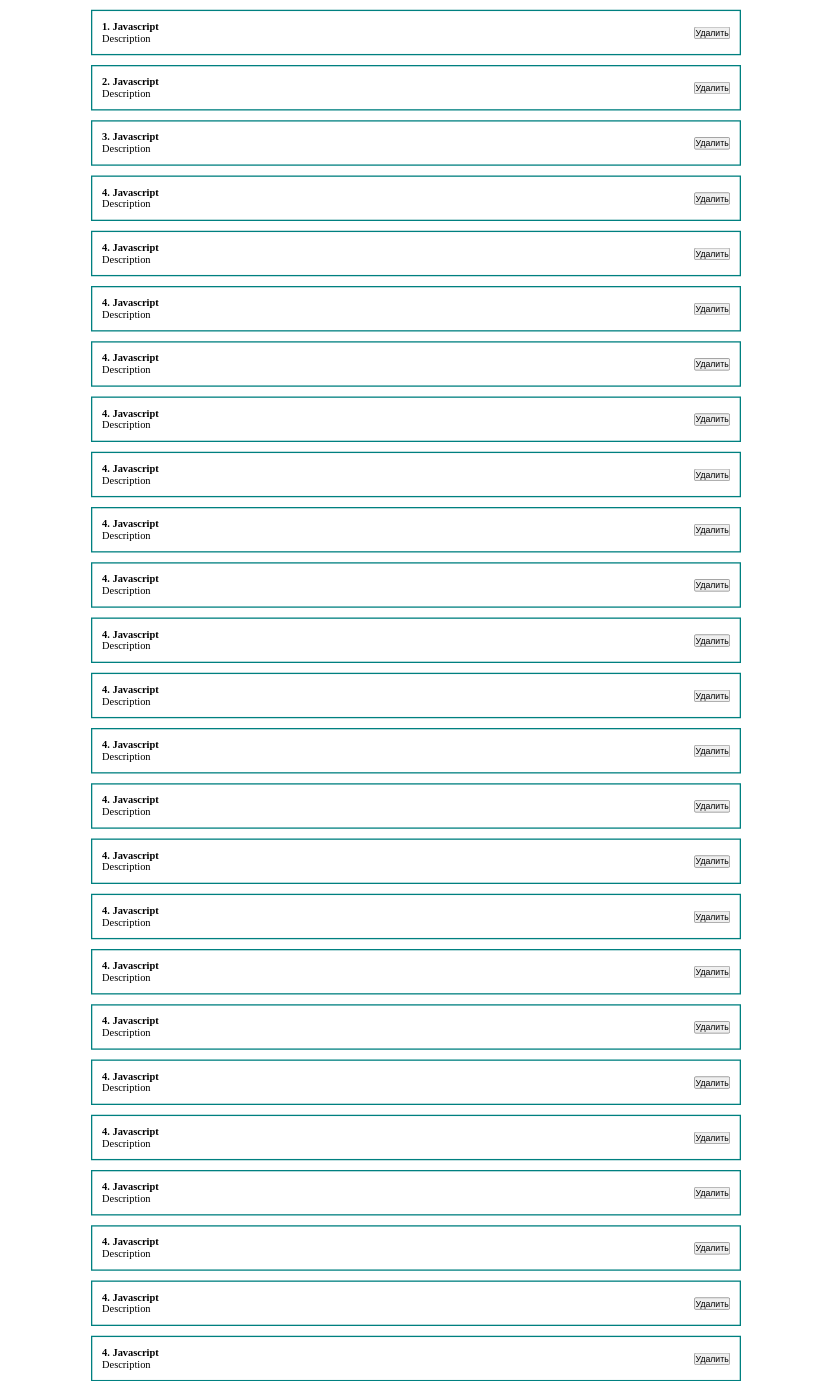
Repository: otvertka/ulb
Page: /
These files come from the project's save history. The page is drawn as it stood at one moment and after the next save; the edit follows.
The browser window is 1280 px wide. The pictures show the whole page, at 65% of full size.
The project was rebuilt for these pictures with package versions that can differ from the ones it lists, and the page was loaded fresh each time. Also part of the build but not shown: src/components/Counter.jsx, src/components/ClassCounter.jsx.

Above is the page before, as saved 2023-06-10 12:14:32.

After the next save:
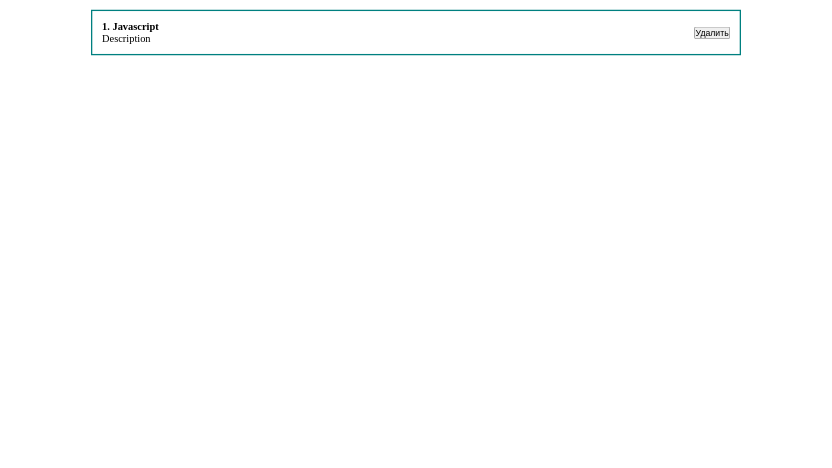
Saved 19 min 6 s later.
--- a/src/App.js
+++ b/src/App.js
@@ -11,30 +11,6 @@ function App() {
   return (
     <div className="App">
       <PostItem post={{ id: 1, title: "Javascript", body: "Description" }} />
-      <PostItem post={{ id: 2, title: "Javascript", body: "Description" }} />
-      <PostItem post={{ id: 3, title: "Javascript", body: "Description" }} />
-      <PostItem post={{ id: 4, title: "Javascript", body: "Description" }} />
-      <PostItem post={{ id: 4, title: "Javascript", body: "Description" }} />
-      <PostItem post={{ id: 4, title: "Javascript", body: "Description" }} />
-      <PostItem post={{ id: 4, title: "Javascript", body: "Description" }} />
-      <PostItem post={{ id: 4, title: "Javascript", body: "Description" }} />
-      <PostItem post={{ id: 4, title: "Javascript", body: "Description" }} />
-      <PostItem post={{ id: 4, title: "Javascript", body: "Description" }} />
-      <PostItem post={{ id: 4, title: "Javascript", body: "Description" }} />
-      <PostItem post={{ id: 4, title: "Javascript", body: "Description" }} />
-      <PostItem post={{ id: 4, title: "Javascript", body: "Description" }} />
-      <PostItem post={{ id: 4, title: "Javascript", body: "Description" }} />
-      <PostItem post={{ id: 4, title: "Javascript", body: "Description" }} />
-      <PostItem post={{ id: 4, title: "Javascript", body: "Description" }} />
-      <PostItem post={{ id: 4, title: "Javascript", body: "Description" }} />
-      <PostItem post={{ id: 4, title: "Javascript", body: "Description" }} />
-      <PostItem post={{ id: 4, title: "Javascript", body: "Description" }} />
-      <PostItem post={{ id: 4, title: "Javascript", body: "Description" }} />
-      <PostItem post={{ id: 4, title: "Javascript", body: "Description" }} />
-      <PostItem post={{ id: 4, title: "Javascript", body: "Description" }} />
-      <PostItem post={{ id: 4, title: "Javascript", body: "Description" }} />
-      <PostItem post={{ id: 4, title: "Javascript", body: "Description" }} />
-      <PostItem post={{ id: 4, title: "Javascript", body: "Description" }} />
     </div>
   );
 }
